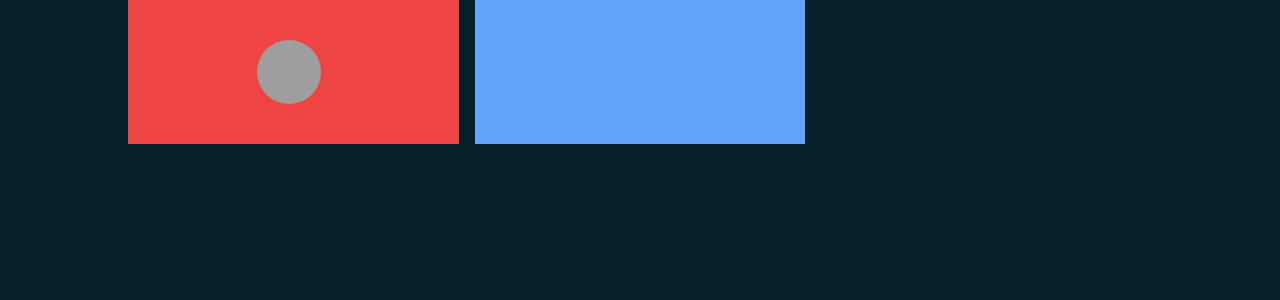
Repository: subrata18/imdb-clone
Page: /Profile
An editor plug-in stored every save of this project. The page is shown before and after the next save, followed by the edit.
The browser window is 1280 px wide. The pictures show the whole page.
Pictures or frames that could not be fetched are drawn as grey boxes. The project was rebuilt for these pictures with package versions that can differ from the ones it lists, and the page was loaded fresh each time. The framework's server and built-in components were replaced by stand-ins that run in the browser. Also part of the build but not shown: next.config.ts.

Above is the page before, as saved 2021-05-20 21:39:55.

### pages/Profile.tsx
import React from "react";
import Navbar from "../components/Navbar";

function Profile() {
    return (
        <div className="grid justify-between max-w-screen-lg grid-cols-3 gap-4 mx-auto">
            <div className="container flex justify-center bg-red-500">
                <img
                    className="object-cover w-16 h-16 mx-1 my-10 mr-3 rounded-full " src="https://cdn2.vectorstock.com/i/1000x1000/23/81/default-avatar-profile-icon-vector-18942381.jpg" alt="Profile image" />
            </div>
            <section className="bg-blue-400">

            </section>
        </div >

    )
}

export default Profile;

### styles/globals.css
@tailwind base;
@tailwind components;
@tailwind utilities;

@layer base {
  .input {
    @apply px-2 mx-auto mb-5 bg-transparent border-2 border-gray-300 rounded-md outline-none w-60;
  }
  body {
    @apply bg-[#06202A] text-gray-300;
  }
}

### tailwind.config.js
module.exports = {
  mode: "jit",
  purge: ["./pages/**/*.{js,ts,jsx,tsx}", "./components/**/*.{js,ts,jsx,tsx}"],
  darkMode: false, // or 'media' or 'class'
  theme: {
    extend: {
      screens: {
        "3xl": "2000px",
      },
    },
  },
  variants: {
    extend: {},
  },
  plugins: [require("tailwind-scrollbar-hide")],
};
module.exports = {
  mode: "jit",
  purge: ["./pages/**/*.{js,ts,jsx,tsx}", "./components/**/*.{js,ts,jsx,tsx}"],
  darkMode: false, // or 'media' or 'class'
  theme: {
    extend: {
      screens: {
        "3xl": "2000px",
      },
    },
  },
  variants: {
    extend: {},
  },
  plugins: [require("tailwind-scrollbar-hide")],
};

Loaded but not shown: pages/_app.tsx (common file)

After the next save:
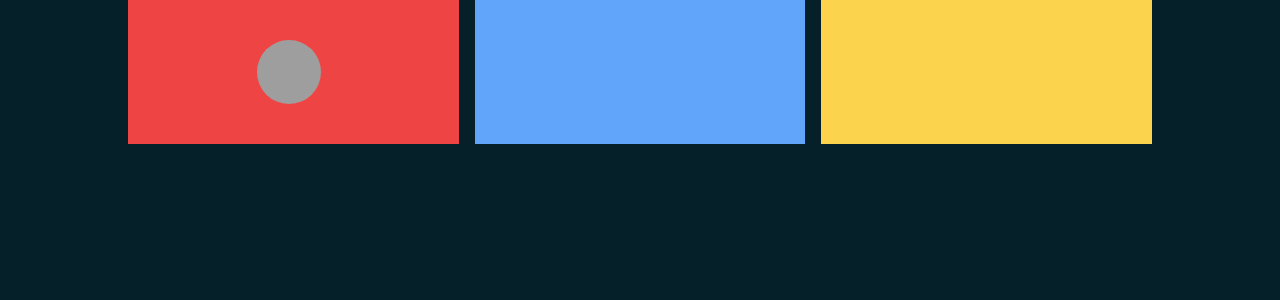
Saved 94 s later.
--- a/pages/Profile.tsx
+++ b/pages/Profile.tsx
@@ -11,6 +11,9 @@
             <section className="bg-blue-400">
 
             </section>
+            <section className="bg-yellow-300">
+
+            </section>
         </div >
 
     )
